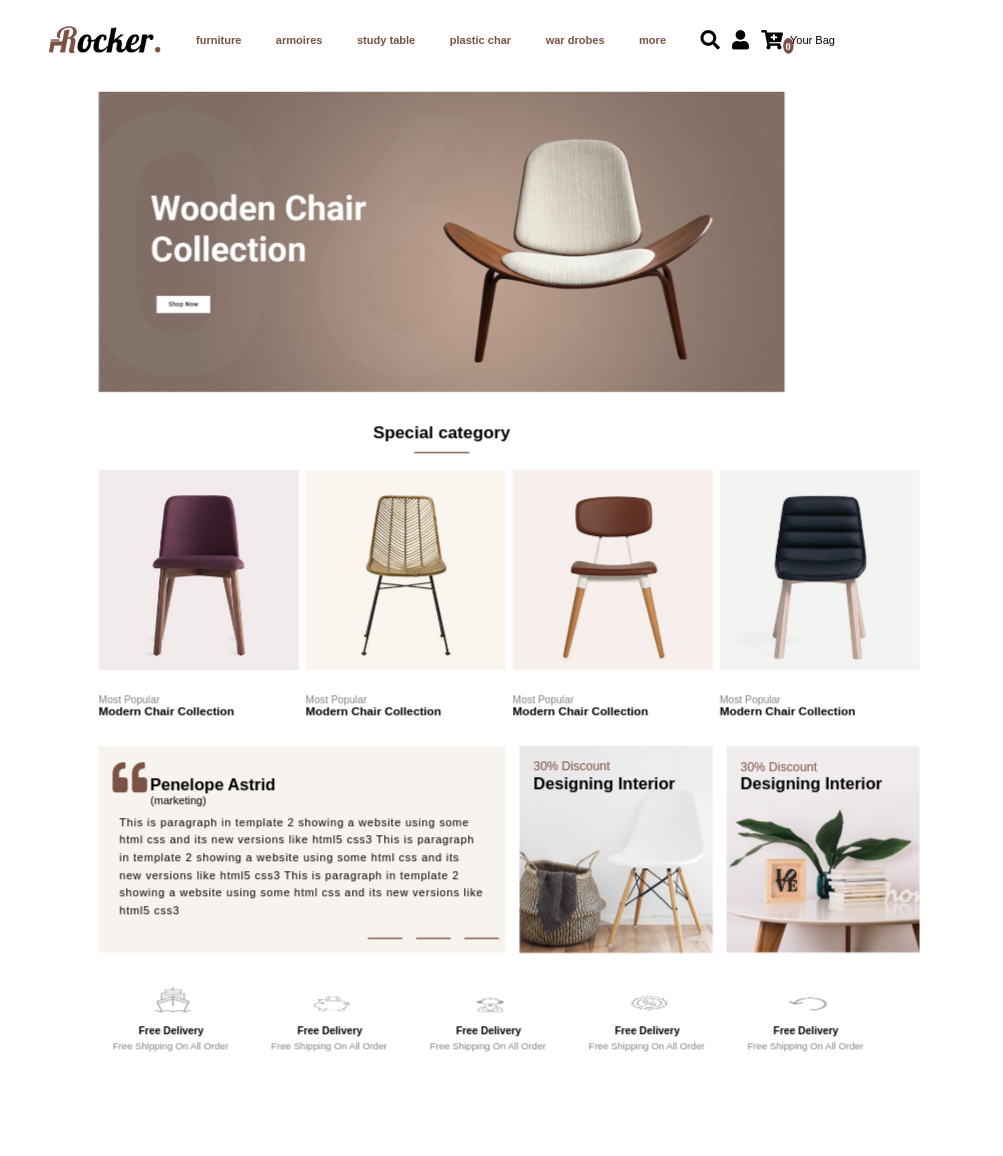
Repository: Ahmed123rezk123/p2-template
Page: index.html
These files come from the project's save history. The page is drawn as it stood at one moment and after the next save; the edit follows.
The browser window is 1280 px wide. The page is 1333 px wide, then 1453 px, so the pictures cover 1453 px, including what lies to the right of the window. The pictures show the whole page, at 69% of full size.

Above is the page before, as saved 2024-01-24 23:20:56.

### index.html
<!DOCTYPE html>
<html lang="en">
<head>
   <meta charset="UTF-8">
    <title>Project2</title>
  <link rel="stylesheet" href="css/style.css">
  <link rel="stylesheet" href="css/all.css">
</head>
<body>
    <!-- Header -->
    <header>
        <div class="container">
        <div class="logo">
            <a href="#"><img src="images/logo.png" alt="LOGO"></a>
        </div>
        <nav>
            <ul>
                <li><a href="#" class="active">furniture</a></li>
                <li><a href="#">armoires</a></li>
                <li><a href="#">study table</a></li>
                <li><a href="#">plastic char</a></li>
                <li><a href="#">war drobes</a></li>
                <li><a href="#">more</a></li>
            </ul>
            <div class="icons">
            <i class="fas fa-search"></i>
            <i class="fas fa-user"></i>
            <i class="fas fa-cart-plus i3"></i>
            </div>
        <span>Your Bag</span>
        </nav>
        </div>
    </header>
    <!-- Start Section 1 -->
    <section class="section1">
        <div class="container">
            <img src="images/main-banner-1-1600x700.jpg" alt="">
        </div>
    </section>
    <!-- End Section 1 -->
    <!-- Start Section 2 -->
    <section class="section2">
        <div class="container">
            <div class="div">
            <h2 class="specail">Special category</h2>
            <div class="line"></div>
            </div>
           <div class="parent1">
            <div class="div1">
                <img src="images/category-banner1.jpg" alt="">
                <p>Most Popular</p>
            <h3>Modern Chair Collection</h3>
            </div>
            <div class="div2">
                <img src="images/category-banner2.jpg" alt="">
                <p>Most Popular</p>
                <h3>Modern Chair Collection</h3></div>
            <div class="div3">
                <img src="images/category-banner3.jpg" alt="">
                <p>Most Popular</p>
                <h3>Modern Chair Collection</h3>
            </div>
            <div class="div4">
                <img src="images/category-banner4.jpg" alt="">
                <p>Most Popular</p>
                <h3>Modern Chair Collection</h3>
            </div>
            <div class="div5">
                <i class="fas fa-quote-left comma"></i>
                <h2>Penelope Astrid</h2>
                <span>(marketing)</span>
                <p>This is paragraph in template 2 showing a website using some html css and its new versions like html5 css3 This is paragraph in template 2 showing a website using some html css and its new versions like html5 css3 This is paragraph in template 2 showing a website using some html css and its new versions like html5 css3</p>
                <div class="child"></div>
            </div>
            <div class="div6"></div>
            <div class="div7">
                <p>30% Discount</p>
                <h2>Designing Interior</h2>
            </div>
            <div class="div8">
                <p>30% Discount</p>
                <h2>Designing Interior</h2>
            </div>
            <div class="parent2">
                <div class="div1-1">
                    <img src="images/icon1-1.png" alt="">
                    <div class="content-div1">
                    <h3>Free Delivery</h3>
                    <span>Free Shipping On All Order</span>
                </div>
                </div>
                <div class="div2-1">
                    <img src="images/icon2-1.png" alt="">
                    <div class="content-div2">
                        <h3>Free Delivery</h3>
                        <span>Free Shipping On All Order</span>
                    </div>
                </div>
                <div class="div3-1">
                    <img src="images/icon3-1.png" alt="">
                    <div class="content-div3">
                        <h3>Free Delivery</h3>
                        <span>Free Shipping On All Order</span>
                    </div>
                </div>
                <div class="div4-1">
                    <img src="images/icon4-1.png" alt="">
                    <div class="content-div4">
                        <h3>Free Delivery</h3>
                        <span>Free Shipping On All Order</span>
                    </div>
                </div>
                <div class="div5-1">
                    <img src="images/icon5-1.png" alt="">
                    <div class="content-div5">
                        <h3>Free Delivery</h3>
                        <span>Free Shipping On All Order</span>
                    </div>
                </div>
            </div>
           </div>
        </div>
    </section>
    <!-- End Section 2 -->
</body>
</html>

### css/style.css
/* Start variables */
:root {
    --maincolor: #7b5244;
    --subcolor: #333;
}
/* End variables */
/* Start Global Rules   */
* {
    -webkit-box-sizing: border-box;
    -moz-box-sizing: border-box;
    box-sizing: border-box;
   padding: 0;
   margin: 0;
}
body {
    font-family: Arial, Helvetica, sans-serif;
    perspective: 700px;
    transform-style: preserve-3d;
}
html {
    scroll-behavior: smooth;
}
ul {
    list-style: none;
}
.container {
    width: 80%;
    padding-left: 15px;
    padding-right: 15px;
    margin-left: auto;
    margin-right: auto;
}

/* Small */

@media(min-width: 768px) {
    .container {
       width: 750px;
    }
}

/* Medium */

@media(min-width: 992px) {
    .container {
        width: 970px;
    }
}

/* Large  */

@media(min-width: 1200px) {
    .container {
        width: 1170px;
    }
}
/* End Global Rules   */
/* Start Header */
header .container {
    display: flex;
    justify-content: space-between;
    align-items: center;
    position: relative;
    min-height: 97px;
 }
 header nav {
    flex: 1;
    display: flex;
    align-items: center;
    justify-content: flex-end;
}
 header nav ul {
    display: flex;

}
header nav ul li a {

    display: block;
    color: var(--maincolor);
    text-decoration: none;
    font-size: 16px;
    font-weight: bold;
    padding: 50px 0px;
    margin-right: 50px;
}

/* header nav ul li a:hover::before{
content: "";
position: absolute;
border-left: 2px solid var(--maincolor);
border-right: 2px solid var(--maincolor);
width: 60px;
height: 35px;

}  */
header nav .icons {
    font-weight: bold;
    font-size: 28px;
   word-spacing: 10px;
   margin-right: 10px;
}
header nav .icons .i3::after {
    position: absolute;
    content: "0";
    background-color: #7b5244;
    color: #fff;
    padding: 4px;
    border-radius: 50%;
    font-size: 15px;
    bottom: 40px;
    right: 75px;

}
/* End Header */


/* Start section 1 */
.section1 .container {
    width: 80%;
    position: relative;
    margin-top: 15px;
    margin-bottom: 40px;
    margin-left: auto;
    margin-right: auto;

}
.section1 .container img{
 width: 100%;
}
/* End section 1 */


/* Start Section 2 */
.section2 .container {
    width: 80%;
    position: relative;
}
.section2 .container .div {
    margin: 40px auto;
}
.section2 .container .specail {
    text-align: center;
    font-size: 25px;
}
.section2 .container .line {
 position: relative;
}
.section2 .container .line::before {
    content: "";
    position: absolute;
    width: 8%;
    height: 2px;
    background-color: var(--maincolor);
    top: 50%;
    left: 50%;
    transform: translate(-50%,-50%);
    margin: 15px 0;
    transition: .5s;
}
.section2 .container .div:hover  .line::before {
    content: "";
    position: absolute;
    width: 13%;
    height: 2px;
    background-color: var(--maincolor);
    top: 50%;
    left: 50%;
    transform: translate(-50%,-50%);
    margin: 15px 0;
}
.section2 .container .parent1 {
    width: 80%;
    display: grid;
    grid-template-columns: 200px 200px 200px 200px;
    grid-template-rows: 250px 250px;
   grid-gap: 150px 100px;
}
.section2 .container .parent1 img {
    width: 290px ;
    height: 290px;
    margin-bottom: 30px;
}
.section2 .container .parent1 p {
    color: gray;
    font-size: 15px;
}
.section2 .container .parent1 h3 {
    font-size: 17px;
}
.section2 .container .parent1 .div1,
.section2 .container .parent1 .div2,
.section2 .container .parent1 .div3,
.section2 .container .parent1 .div4 {
    position: relative;
}
.section2 .container .parent1 .div1:hover::before {
position: absolute;
content: " > ";
width: 30px;
height: 30px;
background-color: brown;
color: white;
text-align: center;
font-size: 25px;
top: 330px;
left: 260px;
}
.section2 .container .parent1 .div2:hover::before {
    position: absolute;
    content: " > ";
    width: 30px;
    height: 30px;
    background-color: brown;
    color: white;
    text-align: center;
    font-size: 25px;
    top: 330px;
    left: 260px;
}
.section2 .container .parent1 .div3:hover::before {
    position: absolute;
    content: " > ";
    width: 30px;
    height: 30px;
    background-color: brown;
    color: white;
    text-align: center;
    font-size: 25px;
    top: 330px;
    left: 260px;
    }
.section2 .container .parent1 .div4:hover::before {
    position: absolute;
    content: " > ";
    width: 30px;
    height: 30px;
    background-color: brown;
    color: white;
    text-align: center;
    font-size: 25px;
    top: 330px;
    left: 260px;
    }
    .section2 .container .parent1 .div5 {
        width: 590px;
        height: 300px;
        position: relative;
        background-color: #f7f3ef;
        padding: 20px;
        grid-column: 1 / 3;
        grid-row: 2 / 3;
    }
    .section2 .container .parent1 .div5 .comma {
       font-size: 50px;
       color: var(--maincolor);
    }
    .section2 .container .parent1 .div5 h2 {
        display: inline-flex;
    }
    .section2 .container .parent1 .div5 span {
        display: block;
        margin-left: 55px;
    }
    .section2 .container .parent1 .div5 p {
        margin: 10px;
        color: black;
        font-size: 16px;
        line-height: 1.6;
        letter-spacing: 1.1px;
    }
    .section2 .container .parent1 .div5::before {
        content: "";
        position: absolute;
        width: 50px;
        height: 2px;
        background-color: var(--maincolor);
        bottom: 20px;
        right: 10px;

    }
    .section2 .container .parent1 .div5::after {
        content: "";
        position: absolute;
        width: 50px;
        height: 2px;
        background-color: var(--maincolor);
        bottom: 20px;
        right: 80px;

    }
    .section2 .container .parent1 .div5 .child::before {
        content: "";
        position: absolute;
        width: 50px;
        height: 2px;
        background-color: var(--maincolor);
        bottom: 20px;
        right: 150px;

    }
    .section2 .container .parent1 .div7 {
        width: 280px;
        height: 300px;
        position: relative;
        background-image: url(../images/cms-banner-1.jpg);
        background-size: cover;
        margin-left: 10px;
        grid-column: 3 / 4;
        grid-row: 2 / 4;
        transition: .5s;
    }

    .section2 .container .parent1 .div8 {
        width: 280px;
        height: 300px;
        position: relative;
        background-image: url(../images/cms-banner-2.jpg);
        background-size: cover;
        margin-left: 10px;
        grid-column: 4 / 5;
        grid-row: 2 / 5;
        transition: .5s;
    }
    .section2 .container .parent1 .div7 p,
    .section2 .container .parent1 .div8 p {
        padding-left: 20px;
        padding-top: 20px;
        font-size: 18px;
        color: var(--maincolor);
    }
    .section2 .container .parent1 .div7 h2,
    .section2 .container .parent1 .div8 h2 {
        padding-left: 20px;
    }
    .section2 .container .parent1 .div7:hover,
    .section2 .container .parent1 .div8:hover
    {
        /* width: 280px;
        height: 300px; */
        transform: scale( 1.1 , 1.1 );
    }
    .section2 .container .parent1 .parent2 {
        position: relative;
        display: flex;
        justify-content: space-between;
        margin-top: -50px;
        margin-left: -200px;
    }

    .section2 .container .parent1 .parent2 .div1-1,
    .section2 .container .parent1 .parent2 .div2-1,
    .section2 .container .parent1 .parent2 .div3-1,
    .section2 .container .parent1 .parent2 .div4-1,
    .section2 .container .parent1 .parent2 .div5-1 {
         margin-right: 140px;
     }
    .section2 .container .parent1 .parent2 .div1-1 .content-div1 ,
    .section2 .container .parent1 .parent2 .div2-1 .content-div2 ,
    .section2 .container .parent1 .parent2 .div3-1 .content-div3 ,
    .section2 .container .parent1 .parent2 .div4-1 .content-div4 ,
    .section2 .container .parent1 .parent2 .div5-1 .content-div5   {

         width: 130px;
         margin-top: -30px;
         margin-left: -40px;

    }

    .section2 .container .parent1 .parent2 .div1-1 h3,
    .section2 .container .parent1 .parent2 .div2-1 h3,
    .section2 .container .parent1 .parent2 .div3-1 h3,
    .section2 .container .parent1 .parent2 .div4-1 h3,
    .section2 .container .parent1 .parent2 .div5-1 h3 {
        margin-left: -40px;
        font-size: 15px;
        text-align: center;
        margin-bottom: 5px;
    }
    .section2 .container .parent1 .parent2 .div1-1 span ,
    .section2 .container .parent1 .parent2 .div2-1 span ,
    .section2 .container .parent1 .parent2 .div3-1 span  ,
    .section2 .container .parent1 .parent2 .div4-1 span ,
    .section2 .container .parent1 .parent2 .div5-1 span  {
        margin-left: -40px;
        color: gray;
        font-size: 14px;
    }
    .section2 .container .parent1 .parent2 img {

        margin-left: -20px;
        width: 55px;
        height: 50px;
    }

/* End Section 2 */

Loaded but not shown: css/all.css (library)

After the next save:
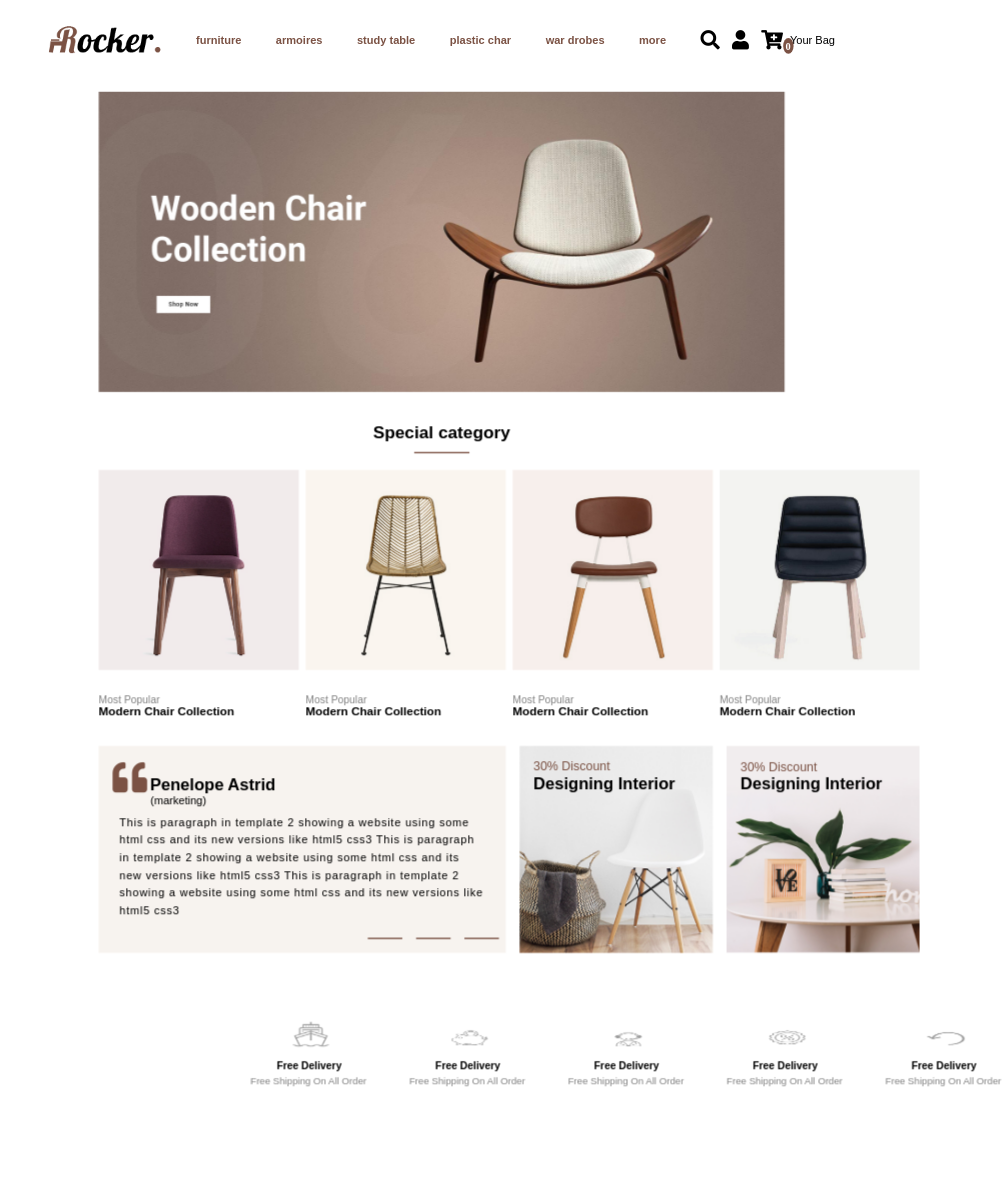
Saved 15 s later.
--- a/css/style.css
+++ b/css/style.css
@@ -343,8 +343,8 @@ left: 260px;
         position: relative;
         display: flex;
         justify-content: space-between;
-        margin-top: -50px;
-        margin-left: -200px;
+        /* margin-top: -50px;
+        margin-left: -200px; */
     }
 
     .section2 .container .parent1 .parent2 .div1-1,
